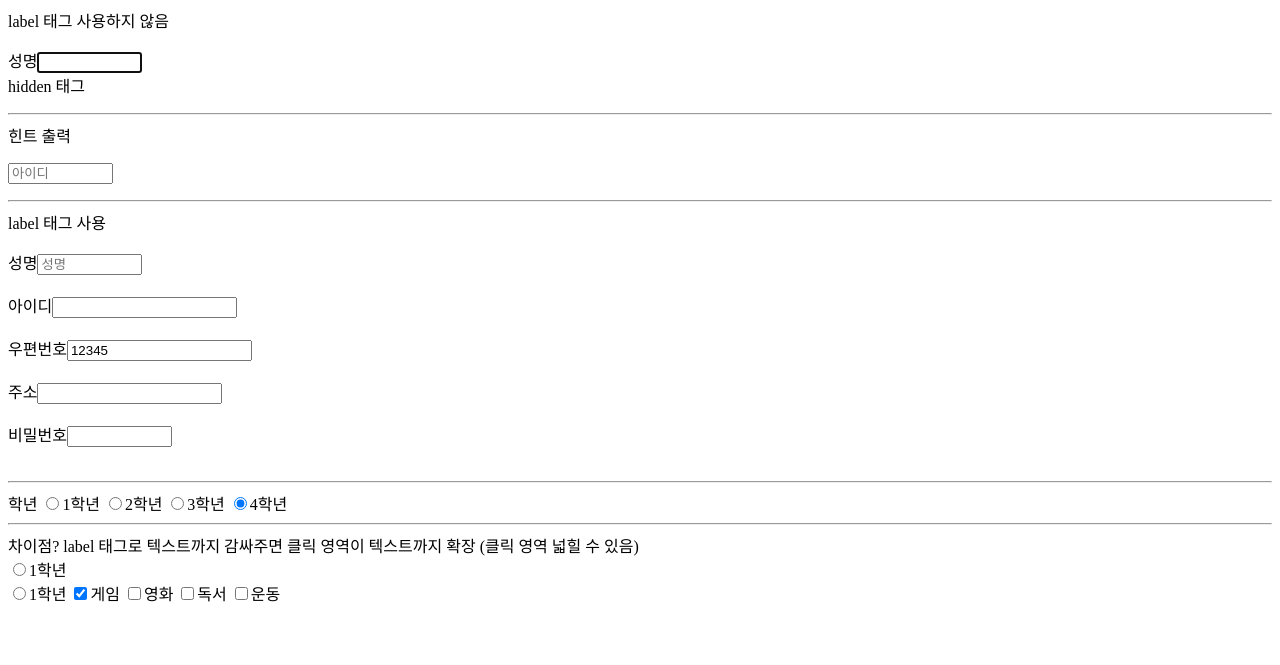
Repository: roditee/Frontend_ex
Page: HTML01/src/main/webapp/form.html
An editor plug-in stored every save of this project. The page is shown before and after the next save, followed by the edit.
The browser window is 1280 px wide. The pictures show the whole page.

Above is the page before, as saved 2021-12-02 08:21:45.

After the next save:
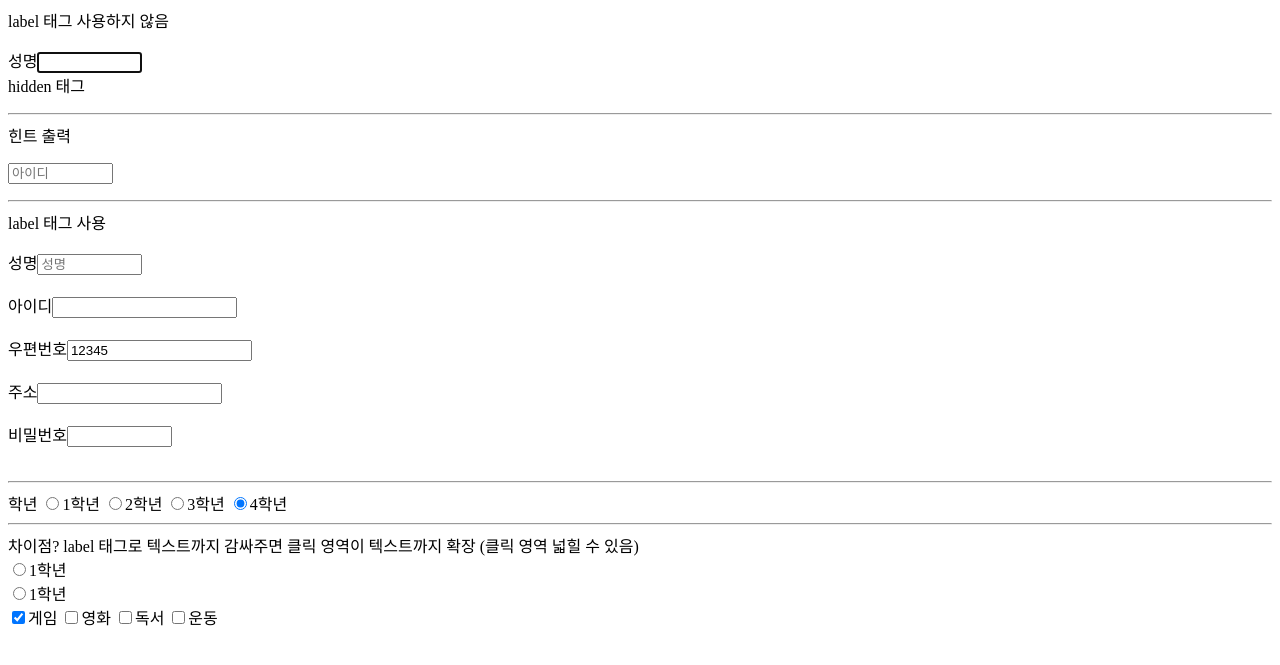
Saved 16 s later.
--- a/HTML01/src/main/webapp/form.html
+++ b/HTML01/src/main/webapp/form.html
@@ -34,7 +34,7 @@
 
 			차이점? label 태그로 텍스트까지 감싸주면 클릭 영역이 텍스트까지 확장 (클릭 영역 넓힐 수 있음)<br>
 			<input type="radio" name="year" value="1">1학년<br>
-			<label><input type="radio" name="year" value="1">1학년</label>
+			<label><input type="radio" name="year" value="1">1학년</label><br>
 
 			<label><input type="checkbox" name="hobby" value="게임" checked>게임</label>
 			<label><input type="checkbox" name="hobby" value="영화">영화</label>
